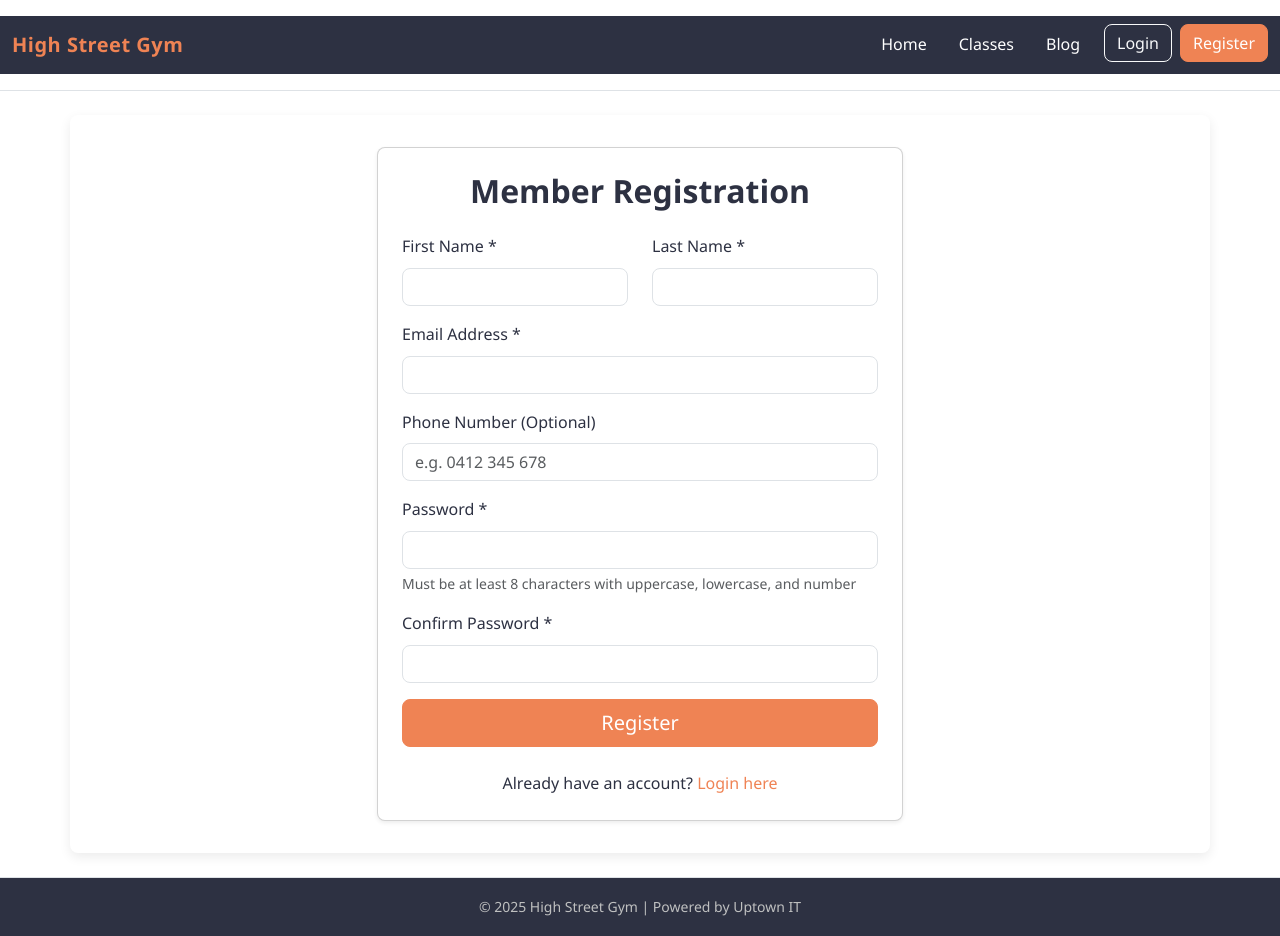
Repository: HBDSolutions/highstreetgym
Page: http://localhost/highstreetgym/controllers/register.php
An editor plug-in stored every save of this project. The page is shown before and after the next save, followed by the edit.
The browser window is 1280 px wide. The pictures show the whole page.
The page is run by PHP 8.4 with error messages shown; the project is at /var/www/html/.

Above is the page before, as saved 2025-10-29 21:58:25.

### controllers/register.php
<?php

// REGISTRATION CONTROLLER

// Include base controller
require_once __DIR__ . '/basecontroller.php';

// Handle form submission
if ($_SERVER['REQUEST_METHOD'] === 'POST') {
    $data = [
        'first_name' => $_POST['first_name'] ?? '',
        'last_name' => $_POST['last_name'] ?? '',
        'email' => $_POST['email'] ?? '',
        'password' => $_POST['password'] ?? '',
        'password_confirm' => $_POST['password_confirm'] ?? '',
        'phone' => $_POST['phone'] ?? ''
    ];

    // Call model function
    $result = register_user($conn, $data);

    if ($result['success']) {
        // Registration successful - redirect to login
        $_SESSION['success_message'] = $result['message'];
        header('Location: /highstreetgym/controllers/login.php');
        exit;
    } else {
        // Registration failed - show errors
        $registrationErrors = $result['errors'] ?? [];
        $registrationMessage = $result['message'] ?? '';
    }
}

// Create registration form context
$registerFormContext = [
    'showErrorAlert' => isset($registrationMessage) && !empty($registrationMessage),
    'errorMessage' => $registrationMessage ?? '',
    'fieldErrors' => $registrationErrors ?? [],
    'showCardWrapper' => true,
    'showLoginLink' => true,
    'formAction' => '/highstreetgym/controllers/register.php',
    'previousData' => [
        'first_name' => $_POST['first_name'] ?? '',
        'last_name' => $_POST['last_name'] ?? '',
        'email' => $_POST['email'] ?? '',
        'phone' => $_POST['phone'] ?? ''
    ]
];

// Prepare view variables
$title = 'Register - High Street Gym';
$view = __DIR__ . '/../views/partials/forms/register_form.php';

// Display template
include __DIR__ . '/../views/layouts/base.php';
?>

### controllers/basecontroller.php
<?php

// BASE CONTROLLER

// Start session if not already started
if (session_status() === PHP_SESSION_NONE) {
    session_start();
}

// Include required models
require_once __DIR__ . '/../models/database.php';
require_once __DIR__ . '/../models/session.php';
require_once __DIR__ . '/../models/user_functions.php';

// USER AUTHENTICATION STATE

// Get user data from session model
$currentUser = get_current_user_display();
$isLoggedIn = $currentUser['is_logged_in'];
$userName = $currentUser['user_name'];
$userType = $currentUser['user_type'];
$userEmail = $currentUser['user_email'];
$userId = $currentUser['user_id'];

// NAVIGATION FLAGS

// Determine navigation display
$showAdminMenu = $isLoggedIn && $userType === 'admin';
$showMemberMenu = $isLoggedIn;
$showLoginButton = !$isLoggedIn;
$showRegisterButton = !$isLoggedIn;

// LOGIN MODAL SETUP

// Get modal error
$modalLoginError = $_SESSION['modal_login_error'] ?? null;
unset($_SESSION['modal_login_error']);

// Prepare flags for login modal
$showModalLoginError = !empty($modalLoginError);
$showLoginModal = $showModalLoginError;

// Login form context for modal
$loginModalContext = [
    'showErrorAlert' => !empty($modalLoginError),
    'errorMessage' => $modalLoginError ?? '',
    'showSuccessAlert' => false,
    'showInfoAlert' => false,
    'infoMessage' => '',
    'successMessageText' => '',
    'showCardWrapper' => false,
    'showRegisterLink' => false,
    'formAction' => '/highstreetgym/controllers/login.php',
    'previousEmail' => '',
    'redirectUrl' => ''
];

// ACTIVE NAVIGATION HELPER

// Get path for navigation highlighting
$currentPath = parse_url($_SERVER['REQUEST_URI'] ?? '/', PHP_URL_PATH) ?: '/';

// Helper function to determine if navigation item is active
function is_active($needle) {
    global $currentPath;
    return str_ends_with($currentPath, $needle) ? 'active' : '';
}

?>

### models/database.php
<?php

//database connection details
$servername = "localhost";
$username = "connect_hsg";
$password = "HighStreetGym1!";
$database = "highstreetgym";

//connect to the database
try {
	//connect to the database
	$conn = new PDO("mysql:host=$servername;dbname=$database", $username,	$password);
	//set the PDO error mode to exception
	$conn->setAttribute(PDO::ATTR_ERRMODE, PDO::ERRMODE_EXCEPTION);
}
catch (PDOException $e) {
    die("Database connection failed: " . $e->getMessage());
}

?>

### models/session.php
<?php

// SESSION MANAGEMENT FUNCTIONS

// Check user is logged in

function is_user_logged_in() {
    return isset($_SESSION['logged_in']) && $_SESSION['logged_in'] === true;
}

//  Get user data

function get_current_user_display() {
    if (!is_user_logged_in()) {
        return [
            'is_logged_in' => false,
            'user_name' => 'Guest',
            'user_type' => null,
            'user_email' => null,
            'user_id' => null
        ];
    }

    return [
        'is_logged_in' => true,
        'user_name' => $_SESSION['user_name'] ?? 'User',
        'user_type' => $_SESSION['user_type'] ?? 'member',
        'user_email' => $_SESSION['user_email'] ?? '',
        'user_id' => $_SESSION['user_id'] ?? null
    ];
}

// Check user permission

function user_has_permission($requiredType) {
    if (!is_user_logged_in()) {
        return false;
    }

    $userType = $_SESSION['user_type'] ?? 'member';

    // Admin has all permissions
    if ($userType === 'admin') {
        return true;
    }

    // Check specific permission
    return $userType === $requiredType;
}

// Require user to be logged in

function require_login($redirectAfterLogin = '') {
    if (!is_user_logged_in()) {
        $redirect = $redirectAfterLogin ?: $_SERVER['REQUEST_URI'];
        header('Location: controllers/login.php?msg=login_required&redirect=' . urlencode($redirect));
        exit;
    }
}

// Require specific user type/permission

function require_permission($requiredType) {
    require_login(); // First ensure logged in

    if (!user_has_permission($requiredType)) {
        $_SESSION['error_message'] = 'You do not have permission to access this page.';
        header('Location: ../index.php');
        exit;
    }
}
?>

### views/layouts/base.php
<?php

// BASE LAYOUT TEMPLATE

?>
<!DOCTYPE html>

<html lang="en">
    <head>
        <meta charset="UTF-8">
        <meta name="viewport" content="width=device-width, initial-scale=1.0">
        <title><?= htmlspecialchars($title ?? 'High Street Gym') ?></title>

        <!-- Bootstrap 5 CSS -->
        <link href="https://cdn.jsdelivr.net/npm/bootstrap@5.3.3/dist/css/bootstrap.min.css"
                rel="stylesheet"
                integrity="sha384-QWTKZyjpPEjISv5WaRU9OFeRpok6YctnYmDr5pNlyT2bRjXh0JMhjY6hW+ALEwIH"
                crossorigin="anonymous">

        <!-- Bootstrap Icons -->
        <link rel="stylesheet"
                href="https://cdn.jsdelivr.net/npm/bootstrap-icons@1.11.3/font/bootstrap-icons.min.css">

        <!-- All paths relative to /highstreetgym/ -->
        <base href="/highstreetgym/">

        <!-- Local stylesheet -->
        <link rel="stylesheet" href="/highstreetgym/assets/css/style.css">

        <!-- Bootstrap JS bundle -->
        <script src="https://cdn.jsdelivr.net/npm/bootstrap@5.3.3/dist/js/bootstrap.bundle.min.js"
                integrity="sha384-YvpcrYf0tY3lHB60NNkmXc5s9fDVZLESaAA55NDzOxhy9GkcIdslK1eN7N6jIeHz"
                crossorigin="anonymous"></script>
    </head>

    <body>
        <?php include __DIR__ . '/../partials/header.php'; ?>

        <main class="container my-4">
            <?php if (!empty($view)) include $view; ?>
        </main>

        <?php include __DIR__ . '/../partials/footer.php'; ?>
    </body>

</html>

### views/partials/header.php
<?php
?>

<header class="py-3 mb-3 border-bottom">
  <?php include __DIR__ . '/nav.php'; ?>
</header>

### views/partials/nav.php
<nav class="navbar navbar-expand-lg navbar-dark bg-dark">
    <div class="container-fluid">
        <a class="navbar-brand" href="index.php">High Street Gym</a>

        <button class="navbar-toggler" type="button" data-bs-toggle="collapse" data-bs-target="#navbarNav">
            <span class="navbar-toggler-icon"></span>
        </button>

        <div class="collapse navbar-collapse" id="navbarNav">
            <ul class="navbar-nav ms-auto">
                <li class="nav-item">
                    <a class="nav-link <?= is_active('index.php') ?>" href="index.php">Home</a>
                </li>
                <li class="nav-item">
                    <a class="nav-link <?= is_active('classes.php') ?>" href="controllers/classes.php">Classes</a>
                </li>
                <li class="nav-item">
                    <a class="nav-link <?= is_active('blog.php') ?>" href="controllers/blog.php">Blog</a>
                </li>

                <?php if ($showMemberMenu): ?>
                    <!-- Logged In User Menu -->
                    <li class="nav-item">
                        <a class="nav-link <?= is_active('mybookings.php') ?>" href="controllers/mybookings.php">
                            <i class="bi bi-calendar-check"></i> My Bookings
                        </a>
                    </li>

                    <?php if ($showAdminMenu): ?>
                        <!-- Admin Menu -->
                        <li class="nav-item dropdown">
                            <a class="nav-link dropdown-toggle" href="#" id="adminDropdown" role="button" data-bs-toggle="dropdown" aria-expanded="false">
                                <i class="bi bi-gear"></i> Admin
                            </a>
                            <ul class="dropdown-menu" aria-labelledby="adminDropdown">
                                <li><a class="dropdown-item" href="controllers/admin/users.php">Manage Users</a></li>
                                <li><a class="dropdown-item" href="controllers/admin/classes.php">Manage Classes</a></li>
                                <li><a class="dropdown-item" href="controllers/admin/trainers.php">Manage Trainers</a></li>
                            </ul>
                        </li>
                    <?php endif; ?>

                    <li class="nav-item">
                        <span class="nav-link text-white">
                            <i class="bi bi-person-circle"></i> Hello, <?= htmlspecialchars($userName) ?>
                        </span>
                    </li>
                    <li class="nav-item">
                        <a class="nav-link" href="controllers/logout.php">
                            <i class="bi bi-box-arrow-right"></i> Logout
                        </a>
                    </li>
                <?php else: ?>
                    <!-- Not Logged In Menu -->
                    <?php if ($showLoginButton): ?>
                        <li class="nav-item">
                            <button type="button" class="btn btn-outline-light" data-bs-toggle="modal" data-bs-target="#loginModal">Login</button>
                        </li>
                    <?php endif; ?>

                    <?php if ($showRegisterButton): ?>
                        <li class="nav-item ms-2">
                            <a href="controllers/register.php" class="btn btn-primary">Register</a>
                        </li>
                    <?php endif; ?>
                <?php endif; ?>
            </ul>
        </div>
    </div>
</nav>

<!-- Login Modal -->
<?php if ($showLoginButton): ?>
    <?php include __DIR__ . '/modals/login_modal.php'; ?>
<?php endif; ?>

### views/partials/modals/login_modal.php
<div class="modal fade" id="loginModal" tabindex="-1" aria-labelledby="loginModalLabel" aria-hidden="true">
    <div class="modal-dialog modal-dialog-centered">
        <div class="modal-content">
            <div class="modal-header">
                <h5 class="modal-title" id="loginModalLabel">Member Login</h5>
                <button type="button" class="btn-close" data-bs-dismiss="modal" aria-label="Close"></button>
            </div>
            <div class="modal-body">
                <?php
                // Modal context
                $loginFormContext = $loginModalContext;
                include __DIR__ . '/../forms/login_form.php';
                ?>
            </div>
            <div class="modal-footer">
                <small class="text-muted">
                    Don't have an account? <a href="controllers/register.php">Register here</a>
                </small>
            </div>
        </div>
    </div>
</div>

<!-- Show modal if error exists -->
<?php if ($showLoginModal): ?>
<script>
    document.addEventListener('DOMContentLoaded', function() {
        var loginModal = new bootstrap.Modal(document.getElementById('loginModal'));
        loginModal.show();
    });
</script>
<?php endif; ?>

### views/partials/forms/login_form.php
<?php
// LOGIN FORM

// Extract context variables
$showErrorAlert = $loginFormContext['showErrorAlert'] ?? false;
$errorMessage = $loginFormContext['errorMessage'] ?? '';
$showSuccessAlert = $loginFormContext['showSuccessAlert'] ?? false;
$successMessageText = $loginFormContext['successMessageText'] ?? '';
$showInfoAlert = $loginFormContext['showInfoAlert'] ?? false;
$infoMessage = $loginFormContext['infoMessage'] ?? '';
$showCardWrapper = $loginFormContext['showCardWrapper'] ?? false;
$showRegisterLink = $loginFormContext['showRegisterLink'] ?? true;
$formAction = $loginFormContext['formAction'] ?? 'controllers/authcontroller.php';
$previousEmail = $loginFormContext['previousEmail'] ?? '';
$redirectUrl = $loginFormContext['redirectUrl'] ?? '';
?>

<?php if ($showCardWrapper): ?>
    <div class="row justify-content-center">
        <div class="col-md-6 col-lg-5">
            <div class="card shadow-sm">
                <div class="card-body p-4">
<?php endif; ?>

<h2 class="<?= $showCardWrapper ? 'card-title text-center mb-4' : 'mb-3' ?>">Member Login</h2>

<!-- Success Alert -->
<?php if ($showSuccessAlert): ?>
    <div class="alert alert-success alert-dismissible fade show" role="alert">
        <i class="bi bi-check-circle"></i> <?= htmlspecialchars($successMessageText) ?>
        <button type="button" class="btn-close" data-bs-dismiss="alert" aria-label="Close"></button>
    </div>
<?php endif; ?>

<!-- Error Alert -->
<?php if ($showErrorAlert): ?>
    <div class="alert alert-danger alert-dismissible fade show" role="alert">
        <i class="bi bi-exclamation-triangle"></i> <?= htmlspecialchars($errorMessage) ?>
        <button type="button" class="btn-close" data-bs-dismiss="alert" aria-label="Close"></button>
    </div>
<?php endif; ?>

<!-- Info Alert -->
<?php if ($showInfoAlert): ?>
    <div class="alert alert-info alert-dismissible fade show" role="alert">
        <i class="bi bi-info-circle"></i> <?= htmlspecialchars($infoMessage) ?>
        <button type="button" class="btn-close" data-bs-dismiss="alert" aria-label="Close"></button>
    </div>
<?php endif; ?>

<!-- Login Form -->
<form method="POST" action="<?= htmlspecialchars($formAction) ?>" id="loginForm" novalidate>
    <div class="mb-3">
        <label for="email" class="form-label">Email Address</label>
        <input type="email"
                class="form-control"
                id="email"
                name="email"
                value="<?= htmlspecialchars($previousEmail) ?>"
                required
                autocomplete="email">
        <div class="invalid-feedback">Please enter a valid email address.</div>
    </div>

    <div class="mb-3">
        <label for="password" class="form-label">Password</label>
        <input type="password"
                class="form-control"
                id="password"
                name="password"
                required
                autocomplete="current-password">
        <div class="invalid-feedback">Please enter your password.</div>
    </div>

    <!-- Redirect parameter -->
    <?php if ($redirectUrl): ?>
        <input type="hidden" name="redirect" value="<?= htmlspecialchars($redirectUrl) ?>">
    <?php endif; ?>

    <!-- Action identifier -->
    <input type="hidden" name="action" value="login">

    <div class="d-grid">
        <button type="submit" class="btn btn-primary btn-lg">Login</button>
    </div>
</form>

<!-- Register Link -->
<?php if ($showRegisterLink): ?>
    <div class="text-center mt-4">
        <p class="mb-0">Don't have an account?
            <a href="register.php" class="text-decoration-none">Register here</a>
        </p>
    </div>
<?php endif; ?>

<?php if ($showCardWrapper): ?>
                </div>
            </div>
        </div>
    </div>
<?php endif; ?>

<!--CLIENT-SIDE VALIDATION-->

<script>
    (function() {
        'use strict';

        const form = document.getElementById('loginForm');

        if (form) {
            form.addEventListener('submit', function(event) {
                if (!form.checkValidity()) {
                    event.preventDefault();
                    event.stopPropagation();
                }
                form.classList.add('was-validated');
            }, false);
        }
    })();
</script>

### views/partials/footer.php
<footer class="text-center text-muted py-3 border-top">
  <small>&copy; <?= date('Y') ?> High Street Gym | Powered by Uptown IT</small>
</footer>

### assets/css/style.css
/* === High Street Gym Custom Theme === */
:root {
  /* Base brand palette */
  --hsg-primary:   #EF8354;
  --hsg-secondary: #4F5D75;
  --hsg-muted:     #BFC0C0;
  --hsg-dark:      #2D3142;
  --hsg-light:     #FFFFFF;

  /* Bootstrap variable overrides */
  --bs-body-bg: var(--hsg-light);
  --bs-body-color: var(--hsg-dark);
  --bs-primary: var(--hsg-primary);
  --bs-secondary: var(--hsg-secondary);
  --bs-success: #2ECC71;
  --bs-danger:  #E74C3C;
  --bs-warning: #F1C40F;
  --bs-info:    #3498DB;
  --bs-border-radius: .5rem;
  --bs-font-sans-serif: "Segoe UI", Roboto, "Helvetica Neue", Arial, sans-serif;
}

/* === Global layout === */
body {
  background-color: var(--bs-body-bg);
  color: var(--bs-body-color);
  line-height: 1.6;
}

h1, h2, h3, h4 {
  font-weight: 600;
  color: var(--hsg-dark);
}

/* === Navbar === */
.navbar {
  background-color: var(--hsg-dark) !important;
}
.navbar .navbar-brand {
  color: var(--hsg-primary) !important;
  font-weight: 700;
  letter-spacing: .5px;
}
.navbar .nav-link {
  color: var(--hsg-light) !important;
  margin-right: 1rem;
  transition: color .2s ease-in-out;
}
.navbar .nav-link:hover,
.navbar .nav-link.active {
  color: var(--hsg-primary) !important;
  text-decoration: underline;
}

/* === Main container card === */
main.container {
  background: var(--hsg-light);
  padding: 2rem;
  border-radius: var(--bs-border-radius);
  box-shadow: 0 4px 12px rgba(0,0,0,0.08);
}

/* === Buttons === */
.btn-primary {
  background-color: var(--hsg-primary);
  border-color: var(--hsg-primary);
}
.btn-primary:hover {
  background-color: var(--hsg-secondary);
  border-color: var(--hsg-secondary);
}

/* === Tables === */
.table {
  color: var(--hsg-dark);
  border-color: var(--hsg-muted);
}
.table thead {
  background-color: var(--hsg-secondary);
  color: var(--hsg-light);
}
.table-striped tbody tr:nth-of-type(odd) {
  background-color: #f8f9fa;
}

/* === Footer === */
footer {
  background-color: var(--hsg-dark);
  color: var(--hsg-light);
  text-align: center;
  padding: 1rem 0;
}
footer small {
  color: var(--hsg-muted);
}

/* === Utility tweaks === */
a { color: var(--hsg-primary); }
a:hover { color: var(--hsg-secondary); }

.list-group-item {
  border: none;
  border-bottom: 1px solid var(--hsg-muted);
}

Loaded but not shown: views/partials/forms/register_form.php (209 lines, source omitted); models/user_functions.php (275 lines, source omitted)

After the next save:
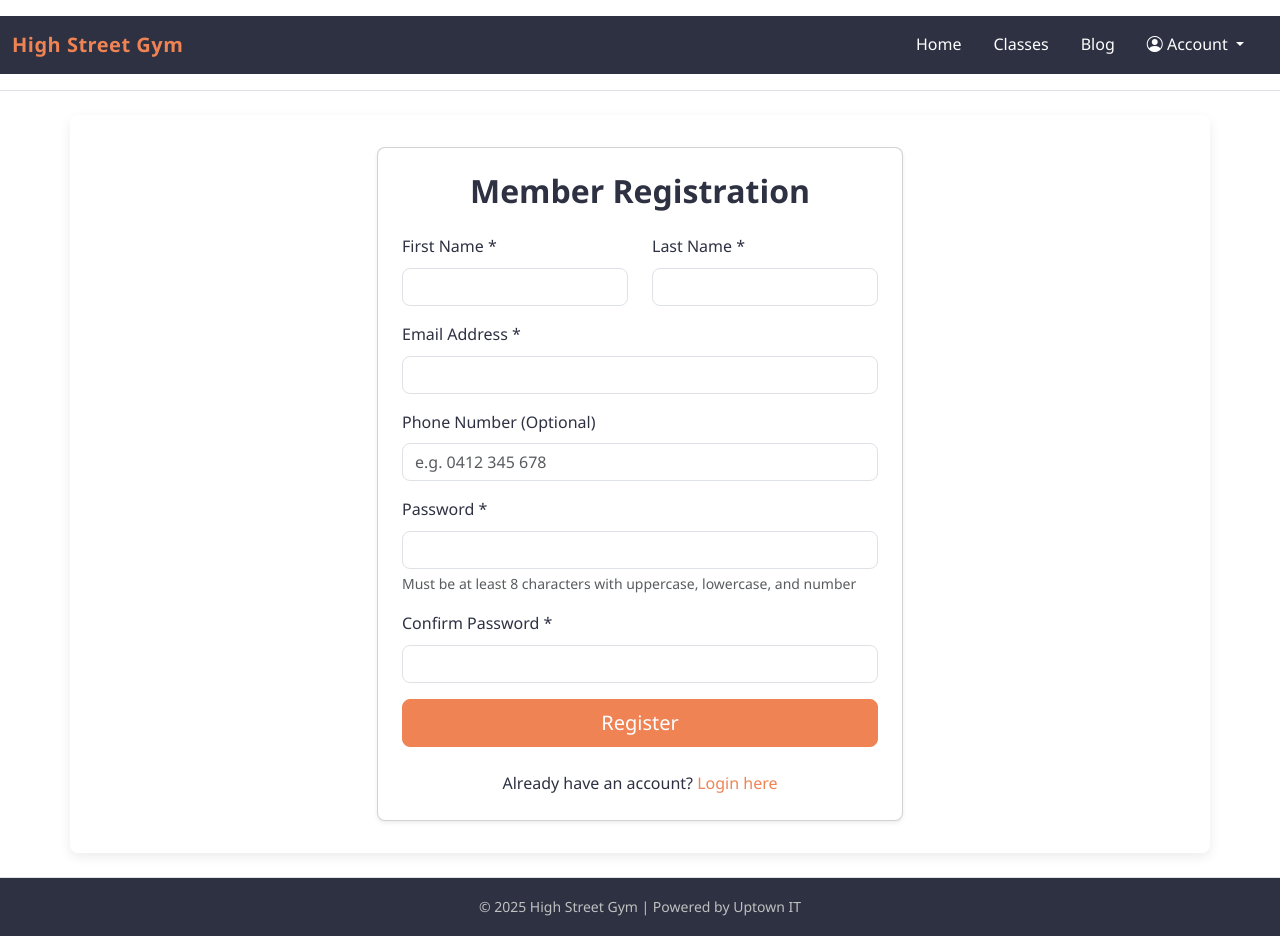
Saved 51 s later.
--- a/views/partials/nav.php
+++ b/views/partials/nav.php
@@ -1,3 +1,8 @@
+<?php
+// NAVIGATION BAR - DUMB VIEW
+// All variables set by basecontroller.php
+?>
+
 <nav class="navbar navbar-expand-lg navbar-dark bg-dark">
     <div class="container-fluid">
         <a class="navbar-brand" href="index.php">High Street Gym</a>
@@ -51,18 +56,25 @@
                         </a>
                     </li>
                 <?php else: ?>
-                    <!-- Not Logged In Menu -->
-                    <?php if ($showLoginButton): ?>
-                        <li class="nav-item">
-                            <button type="button" class="btn btn-outline-light" data-bs-toggle="modal" data-bs-target="#loginModal">Login</button>
-                        </li>
-                    <?php endif; ?>
-
-                    <?php if ($showRegisterButton): ?>
-                        <li class="nav-item ms-2">
-                            <a href="controllers/register.php" class="btn btn-primary">Register</a>
-                        </li>
-                    <?php endif; ?>
+                    <!-- Not Logged In - Account Dropdown -->
+                    <li class="nav-item dropdown">
+                        <a class="nav-link dropdown-toggle" href="#" id="accountDropdown" role="button" data-bs-toggle="dropdown" aria-expanded="false">
+                            <i class="bi bi-person-circle"></i> Account
+                        </a>
+                        <ul class="dropdown-menu dropdown-menu-end" aria-labelledby="accountDropdown">
+                            <li>
+                                <a class="dropdown-item" href="#" data-bs-toggle="modal" data-bs-target="#loginModal">
+                                    <i class="bi bi-box-arrow-in-right"></i> Login
+                                </a>
+                            </li>
+                            <li><hr class="dropdown-divider"></li>
+                            <li>
+                                <a class="dropdown-item" href="controllers/register.php">
+                                    <i class="bi bi-person-plus"></i> Register
+                                </a>
+                            </li>
+                        </ul>
+                    </li>
                 <?php endif; ?>
             </ul>
         </div>
